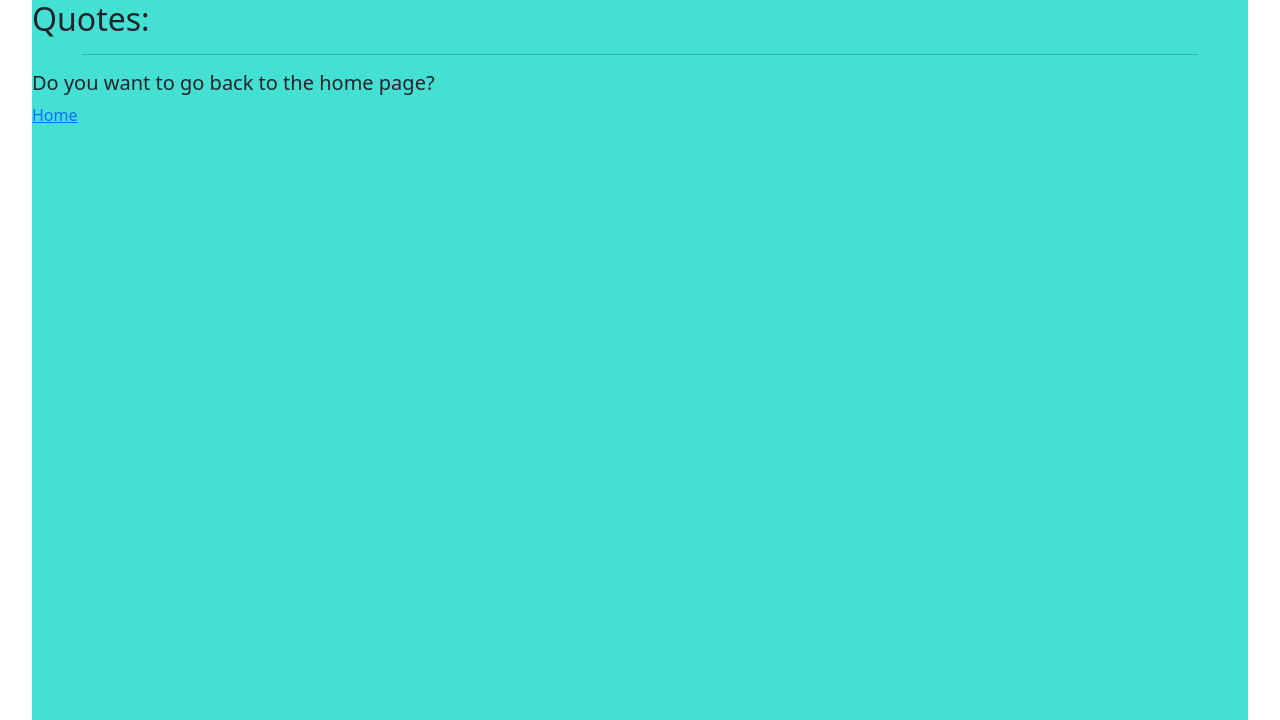
Repository: collegedude9300/zenstationnext
Page: /Quotes
An editor plug-in stored every save of this project. The page is shown before and after the next save, followed by the edit.
The browser window is 1280 px wide. The pictures show the whole page.
The page's requests for data from a server got no answer. The project was rebuilt for these pictures with package versions that can differ from the ones it lists, and the page was loaded fresh each time. The framework's server and built-in components were replaced by stand-ins that run in the browser. No one was signed in, and anything a server would have sent is missing. Also part of the build but not shown: next.config.js.

Above is the page before, as saved 2022-10-18 18:05:35.

After the next save:
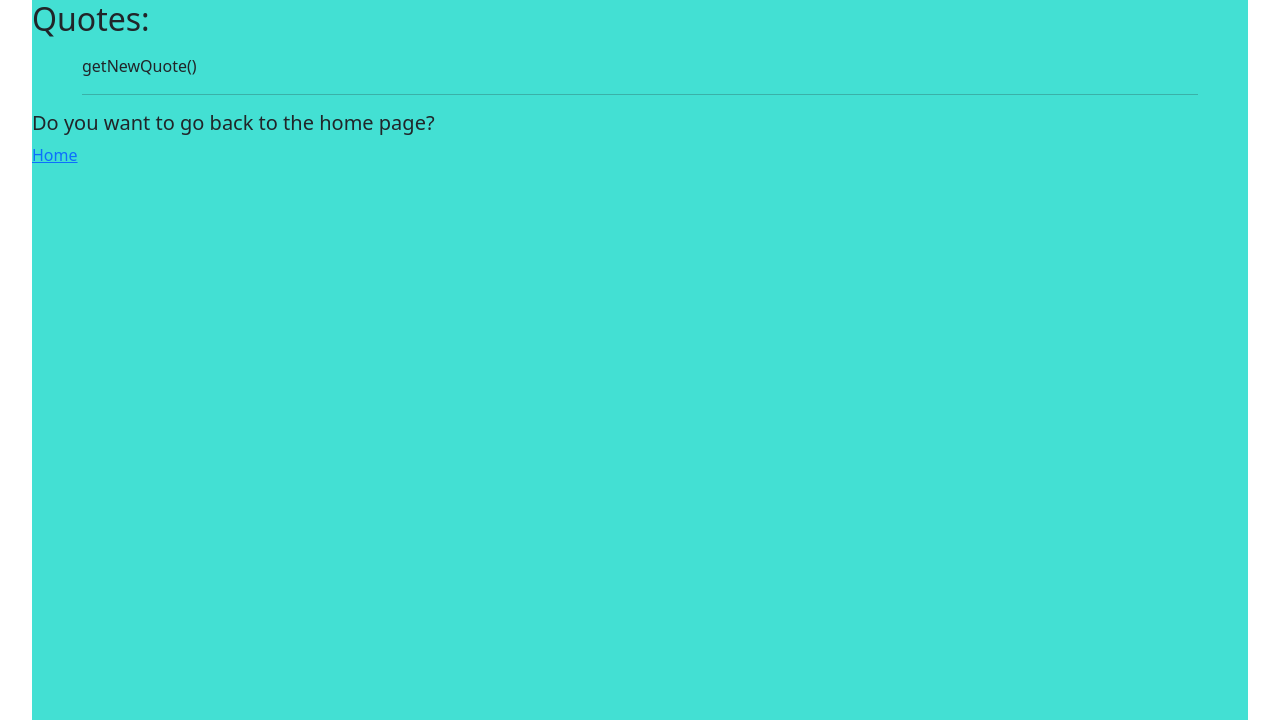
Saved 3 min 18 s later.
--- a/pages/Quotes.js
+++ b/pages/Quotes.js
@@ -32,6 +32,7 @@
             <i className="fas fa-quote-right"></i>
             </h1>
             <p className="author" id="author"></p>
+            <p>getNewQuote()</p>
             <hr/>
         </div>
 <div/>

After the save that followed:
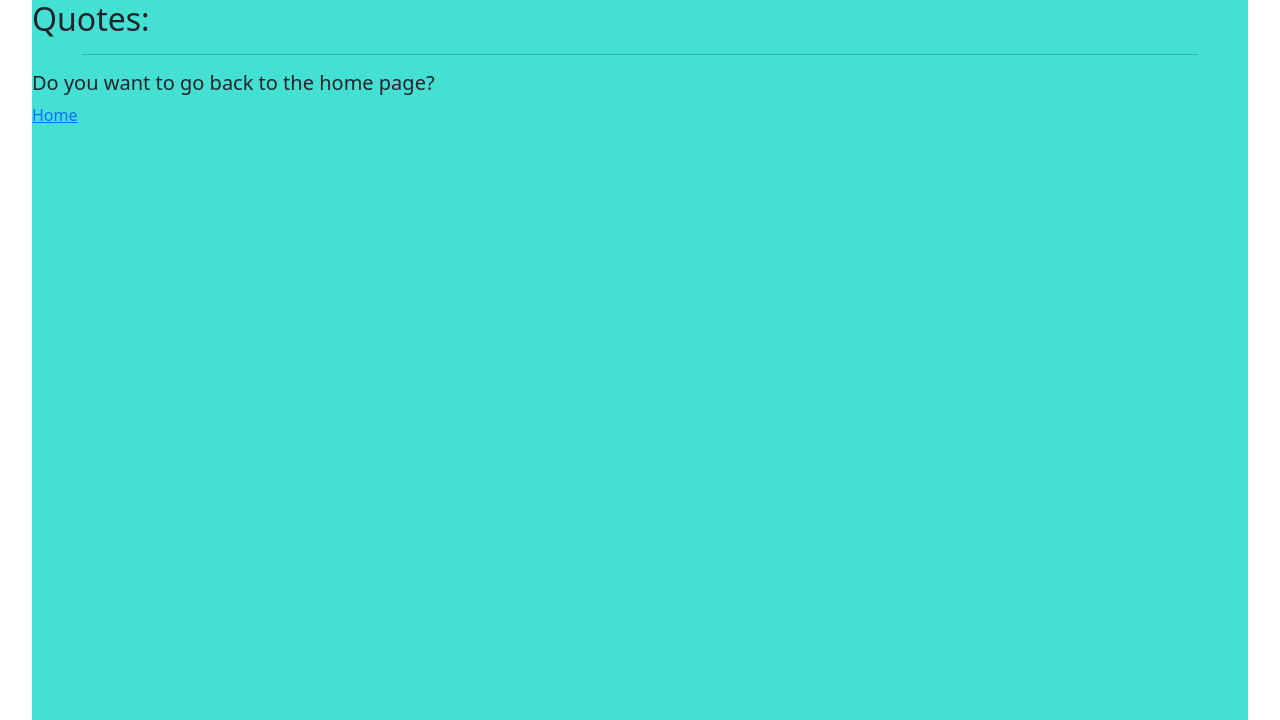
Saved 56 s later.
--- a/pages/Quotes.js
+++ b/pages/Quotes.js
@@ -32,7 +32,6 @@
             <i className="fas fa-quote-right"></i>
             </h1>
             <p className="author" id="author"></p>
-            <p>getNewQuote()</p>
             <hr/>
         </div>
 <div/>
